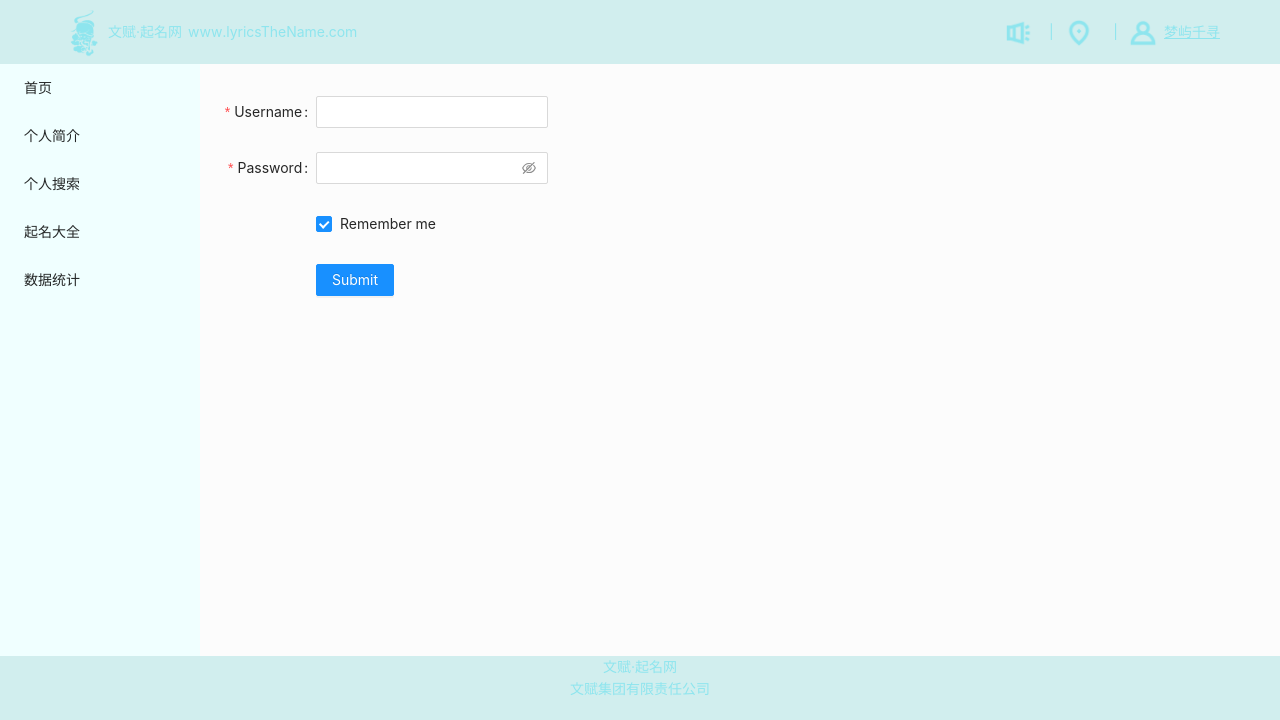
Repository: fangxueliang/react-redux-
Page: /profile
These files come from the project's save history. The page is drawn as it stood at one moment and after the next save; the edit follows.
The browser window is 1280 px wide. The pictures show the whole page.
The project was rebuilt for these pictures with package versions that can differ from the ones it lists, and the page was loaded fresh each time. Also part of the build but not shown: src/Component/HomeComponent/homeComponent.js.

Above is the page before, as saved 2020-12-31 15:57:01.

### public/index.html
<!DOCTYPE html>
<html lang="en">
  <head>
    <meta charset="utf-8" />
    <meta name="theme-color" content="#000000" />
    <meta name="description" content="Web site created using create-react-app" />
    <title>React App</title>
  </head>
  <body>
    <div id="root"></div>
  </body>
</html>

### src/index.js

//主入口
import React from 'react';//引入react
import ReactDOM from 'react-dom';
import Main from './Pages';//引入Main文件
import { Provider } from "react-redux";
import { store } from './Store'

import 'antd/dist/antd.css'//antd样式
import './Common/CSS/layout.css'//布局样式
import './Common/CSS/common.css'//引入公共样式

ReactDOM.render(
  <Provider className="main" store={store}>
    <Main />
  </Provider>,
  document.getElementById('root')
);

### src/Pages/index.js
import { Component } from 'react';
import { Layout } from 'antd'
import MenuSider from "./Menu/menu";
import { HeaderCommon } from "./Header/header";
import { FooterCommon } from "./Footer/footer";
import { componentRouter } from "../Router/common/router";
import {
    BrowserRouter as Router,
} from 'react-router-dom'

const { Sider } = Layout
class Main extends Component {
    constructor(props) {
        super(props);
        this.state = {}
    }
    render() {
        return (
            <div className="Home_layout">
                {/* 头部header */}
                <div className="Home_header">
                    <HeaderCommon />
                </div>
                <div className="Home_main">
                    {/* 左侧导航Sider */}
                    <div className="Home_sider">
                        <Sider>
                            {/* 因为菜单标签使用了Link标签，所以得用Router包裹 */}
                            <Router>
                                {/* 菜单标签 */}
                                <MenuSider />
                            </Router>
                        </Sider>
                    </div>
                    {/* 主要内容Content */}
                    <div className="Home_content">
                        {componentRouter}

                    </div>
                </div>
                <button onClick={() => this.props.history.push('/profile')}>111111</button>
                {/* 底部footer */}
                <div className="Home_footer">
                    <FooterCommon />
                </div>
            </div>);
    }
}

export default Main;
// export const Main = () => {
//     return (
//         <div className="Home_layout">
//             {/* 头部header */}
//             <div className="Home_header">
//                 <HeaderCommon />
//             </div>
//             <div className="Home_main">
//                 {/* 左侧导航Sider */}
//                 <div className="Home_sider">
//                     <Sider>
//                         {/* 因为菜单标签使用了Link标签，所以得用Router包裹 */}
//                         <Router>
//                             {/* 菜单标签 */}
//                             <MenuSider />
//                         </Router>
//                     </Sider>
//                 </div>
//                 {/* 主要内容Content */}
//                 <div className="Home_content">
//                     {componentRouter}
//                 </div>
//             </div>
//             {/* 底部footer */}
//             <div className="Home_footer">
//                 <FooterCommon />
//             </div>
//         </div>
//     );
// }

### src/Store/index.js
import { createStore } from "redux";//引入redux
import reducer from "./reducer/index"

export const store = createStore(reducer, window.__REDUX_DEVTOOLS_EXTENSION__ && window.__REDUX_DEVTOOLS_EXTENSION__())//创建一个store
//  window.__REDUX_DEVTOOLS_EXTENSION__ && window.__REDUX_DEVTOOLS_EXTENSION__() 配置调试

### src/Common/CSS/layout.css
/* 布局样式  */
.Home_layout {
    min-height: 100%;
}

.Home_layout .Home_header {
    height: 64px;
    line-height: 64px;
    padding: 0 60px;
    background: #D1EEEE;
}

.Home_layout .Home_footer {
    position: fixed;
    bottom: 0;
    height: 64px;
    width: 100%;
    padding: 0 60px;
    background: #D1EEEE;
}

.Home_layout .Home_sider {
    display: inline-block;
    height: 84vh;
    background: #F0FFFF;
}

.Home_layout .ant-layout-sider .ant-menu {
    background: #F0FFFF;
}

.Home_layout .Home_main {
    height: 84vh;
}

.Home_layout .Home_content {
    display: inline-block;
}

### src/Common/CSS/common.css
/* 公共样式 */
body {
    width: 100%;
    height: 100%;
    background: #FCFCFC;
    margin: 0;
}

.main {
    font-size: 16px;
}

### src/Pages/Menu/menu.js
// 左侧菜单
import React from 'react';
import Storeaction from '../../Store/storeaction'
import { MenuComponent } from "../../Component/MenuComponent/menuComponent";
class MenuSider extends React.Component {
    constructor(props) {
        super(props);
        this.state = {
        }
    }

    render() {
        return (<MenuComponent menuDataList={this.props} />);
    }
}

export default Storeaction(MenuSider);

### src/Pages/Header/header.js
// 头部
import React from 'react';
import logo from "../../Asset/img/logo.png";
import myImg from "../../Asset/img/我的.png";
import remindImg from "../../Asset/img/提醒.png";
import positioningImg from "../../Asset/img/定位.png";
import './header.css'

export const HeaderCommon = () => {
    return (
        <div className="header">
            <div className="header_item">
                <img src={logo} className="logo" alt="蓝龙" />
                <span className="logo_title">文赋·起名网</span>
                <a className="logo_URL" href="/">www.lyricsTheName.com</a>
            </div>
            <div className="header_item"></div>
            <div className="header_item header_item_right">
                <span>
                    <img src={remindImg} alt="我的" />
                </span>
                <span className="header_separated">|</span>
                <span>
                    <img src={positioningImg} alt="我的" />
                </span>
                <span className="header_separated"> |</span>
                <span>
                    <img src={myImg} alt="我的" />
                    <span className="header_myName">梦屿千寻</span>
                </span>
            </div>
        </div>
    )
}

### src/Pages/Footer/footer.js
// 头部
import React from 'react';
import './footer.css'

export const FooterCommon = () => {
    return (
        <div className="footerCommon">
            <p>文赋·起名网</p>
            <p>文赋集团有限责任公司</p>
        </div>
    )
}

### src/Router/common/router.js
import React from "react";
import {
    BrowserRouter as Router,
    Route,
    Redirect,
    Switch,
} from 'react-router-dom'
import HomeComponent from "../../Component/HomeComponent/homeComponent";
import ProfileComponent from "../../Component/ProfileComponent/profileComponent";


const Auth = () => {
    return <Redirect exact from="/" to="/home" />
}
export const componentRouter = (
    <Router>
        {/* Switch 严格匹配路由 */}
        <Switch>
            {/* home页面 */}
            <Route path="/home" component={HomeComponent} />
            {/* 个人简介 */}
            <Route path="/profile" component={ProfileComponent} />
            <Auth />
        </Switch>
    </Router>
)

### src/Store/reducer/index.js
import { combineReducers } from "redux"
import menu from './menu'

export default combineReducers({
    menu
})

### src/Store/storeaction.js
import { connect } from "react-redux";

const mapStateToProps = (state, ownProps) => { return { ...state } }
const mapDispatchToProps = (dispatch) => {
    return {
        setMenuDataList: data => {
            dispatch(data)
        }
    }
}
const Storeaction = connect(mapStateToProps, mapDispatchToProps)
export default Storeaction

### src/Component/MenuComponent/menuComponent.js
//menu
import { Button, Menu } from 'antd';
import { Link } from 'react-router-dom'

export const MenuComponent = (props) => {
    const dataList = props.menuDataList.menu.data.list

    return (
        <Menu
            mode="inline"
            style={{ height: '100%', borderRight: 0 }}
        >
            {
                dataList.map(item => (
                    <Menu.Item key={item.key}>
                        <Link to={item.to}>{item.value}</Link>
                    </Menu.Item>))
            }
        </Menu>

    )
}

### src/Pages/Header/header.css
.header {
    display: flex;
    width: 100%;
    height: 100%;
    justify-content: space-between;
}

.header .header_item {
    display: inline-block;
}

.header .header_item .logo {
    width: 48px;
    height: 48px;
}

.header .header_item_right {
    color: #8ee5ee
}

.header .header_item_right img {
    width: 30px;
    height: 30px;
    margin-right: 6px;
}

.header .header_item_right .header_separated {
    margin: 0 10px
}

.header .logo_title {
    color: #8ee5ee
}

.header .logo_URL {
    margin-left: 6px;
    color: #8ee5ee;
    font-size: 14px;
}

.header .header_myName {
    font-size: 14px;
    text-decoration: underline;
}

### src/Pages/Footer/footer.css
.footerCommon {
    text-align: center;
}

.footerCommon p {
    color: #8ee5ee;
    margin: 0;
}

### src/Component/ProfileComponent/profileComponent.js
//Profile 个人简介
import { Component } from "react";
import { Form, Input, Button, Checkbox } from 'antd';

class ProfileComponent extends Component {
    constructor(props) {
        super(props);
        this.state = {}
    }
    onFinish = values => {
        console.log('Success:', values);
    };

    onFinishFailed = errorInfo => {
        console.log('Failed:', errorInfo);
    };
    render() {
        const layout = {
            labelCol: { span: 8 },
            wrapperCol: { span: 16 },
        };
        const tailLayout = {
            wrapperCol: { offset: 8, span: 16 },
        };

        return (
            <Form
                {...layout}
                name="basic"
                initialValues={{ remember: true }}
                onFinish={this.onFinish}
                onFinishFailed={this.onFinishFailed}
            >
                <Form.Item
                    label="Username"
                    name="username"
                    rules={[{ required: true, message: 'Please input your username!' }]}
                >
                    <Input />
                </Form.Item>

                <Form.Item
                    label="Password"
                    name="password"
                    rules={[{ required: true, message: 'Please input your password!' }]}
                >
                    <Input.Password />
                </Form.Item>

                <Form.Item {...tailLayout} name="remember" valuePropName="checked">
                    <Checkbox>Remember me</Checkbox>
                </Form.Item>

                <Form.Item {...tailLayout}>
                    <Button type="primary" htmlType="submit">
                        Submit
                    </Button>
                </Form.Item>
            </Form>
        );
    }
}

export default ProfileComponent;

### src/Store/reducer/menu.js
import { MENU } from '../action_type'

const menuDataList = {
    type: 'MENU',
    data: {
        description: '菜单栏',
        list: [{ value: '首页', key: '1', to: '/home' },
        { value: '个人简介', key: '2', to: '/profile' },
        { value: '个人搜索', key: '3', to: '/search' },
        { value: '起名大全', key: '4', to: '/all' },
        { value: '数据统计', key: '5', to: '/statistical' }]
    }
}
export default (state = menuDataList, action) => {
    switch (action.type) {
        case MENU:
            return state
        default:
            return state
    }

}

### src/Store/action_type.js
export const MENU = 'MENU'//左侧菜单

After the next save:
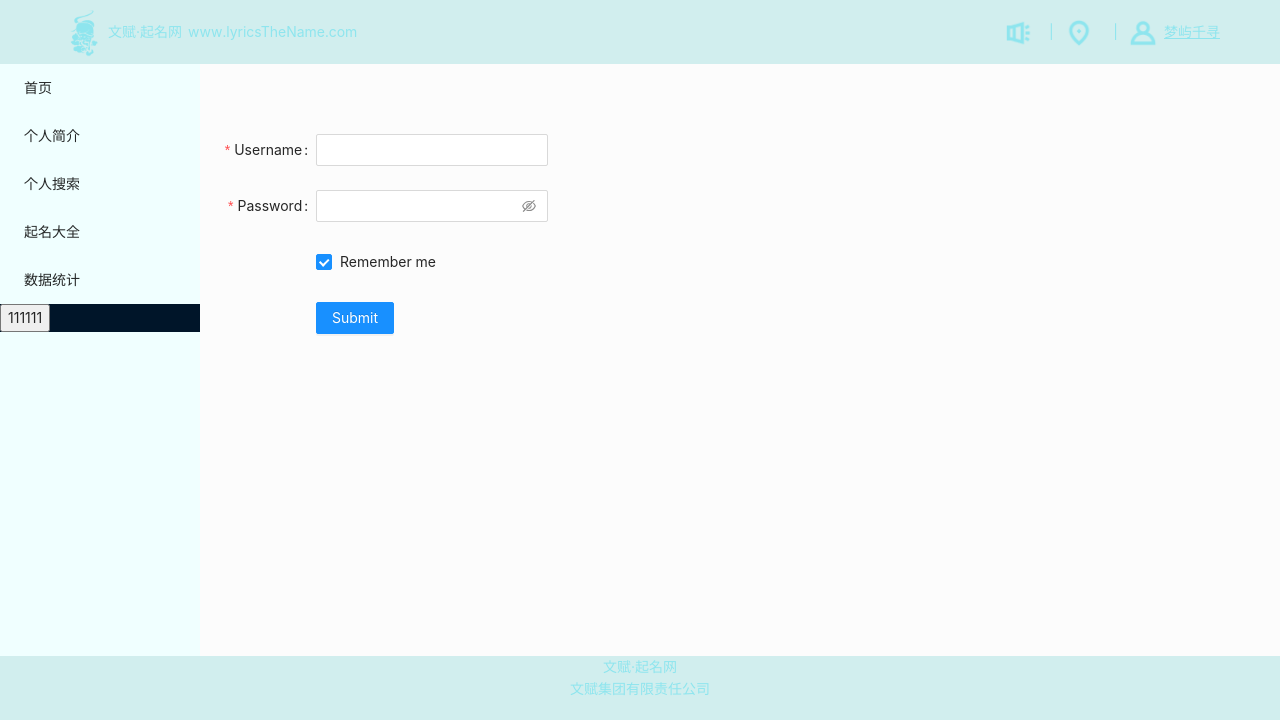
Saved 23 s later.
--- a/src/Pages/index.js
+++ b/src/Pages/index.js
@@ -30,6 +30,7 @@
                                 {/* 菜单标签 */}
                                 <MenuSider />
                             </Router>
+                            <button onClick={() => this.props.history.push('/profile')}>111111</button>
                         </Sider>
                     </div>
                     {/* 主要内容Content */}
@@ -38,7 +39,7 @@
 
                     </div>
                 </div>
-                <button onClick={() => this.props.history.push('/profile')}>111111</button>
+
                 {/* 底部footer */}
                 <div className="Home_footer">
                     <FooterCommon />

After the 2 saves that followed:
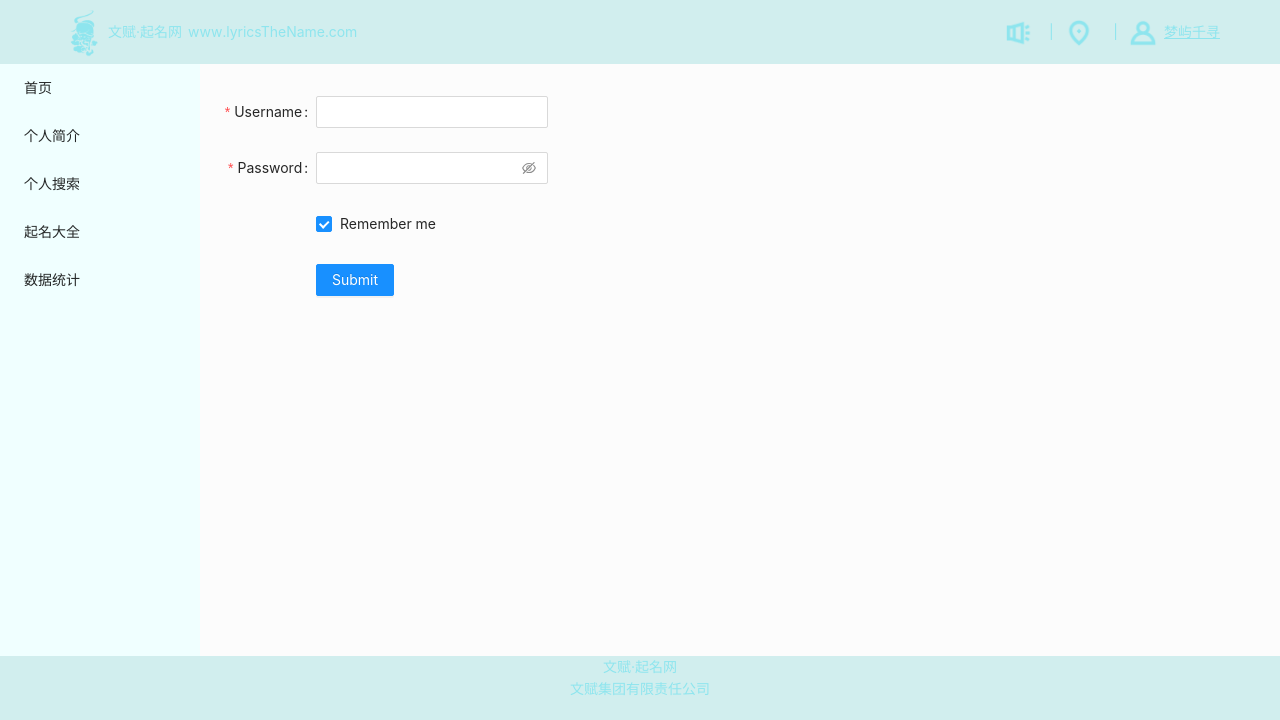
The 2 saves are shown as one change because they came seconds apart.
The last was saved 56 s later.
--- a/src/Pages/index.js
+++ b/src/Pages/index.js
@@ -30,13 +30,11 @@
                                 {/* 菜单标签 */}
                                 <MenuSider />
                             </Router>
-                            <button onClick={() => this.props.history.push('/profile')}>111111</button>
                         </Sider>
                     </div>
                     {/* 主要内容Content */}
                     <div className="Home_content">
                         {componentRouter}
-
                     </div>
                 </div>
 
